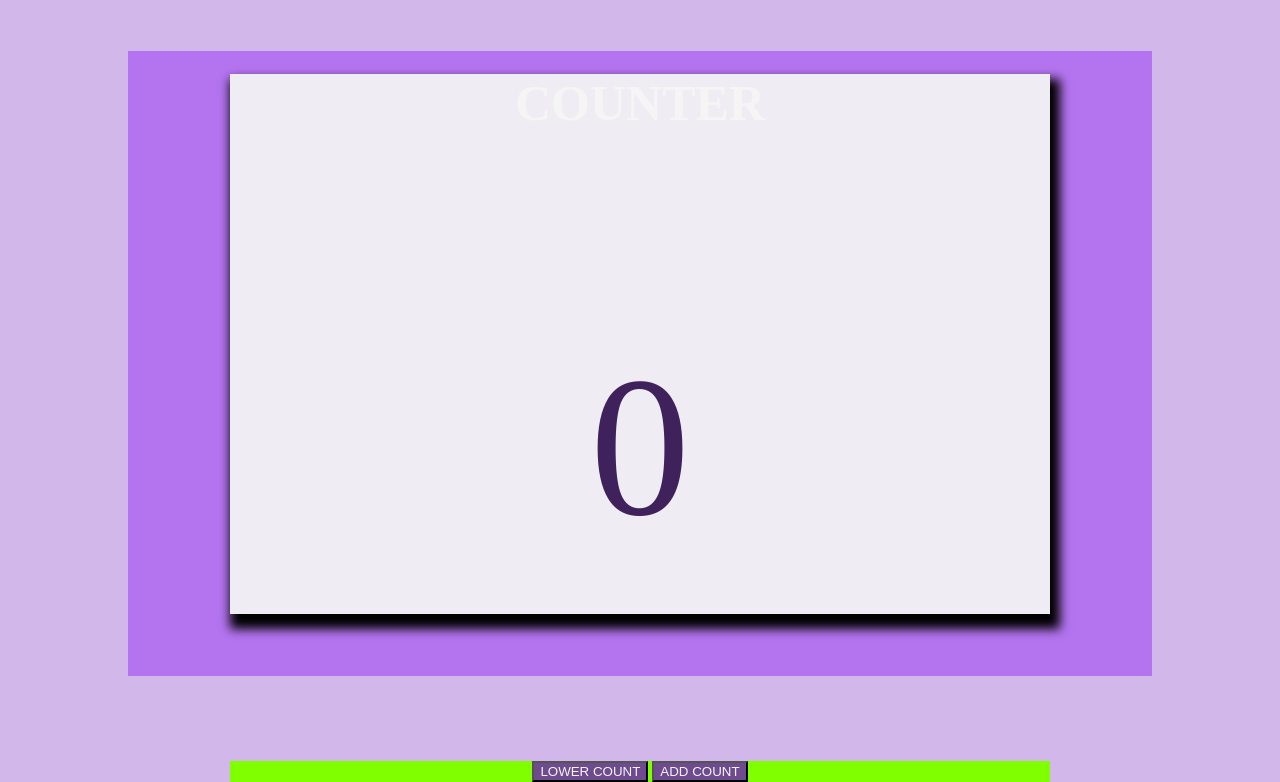
Repository: AnahitKhechumyan/Counter
Page: index.html
The author's editor kept a copy of each file at every save. The page is drawn from the files as they stood at one save, then again after the next save.
The browser window is 1280 px wide. The pictures show the whole page.

Above is the page before, as saved 2022-02-14 20:37:05.
Console error: TypeError: Cannot set properties of null (setting 'innerHTML')

After the next save:
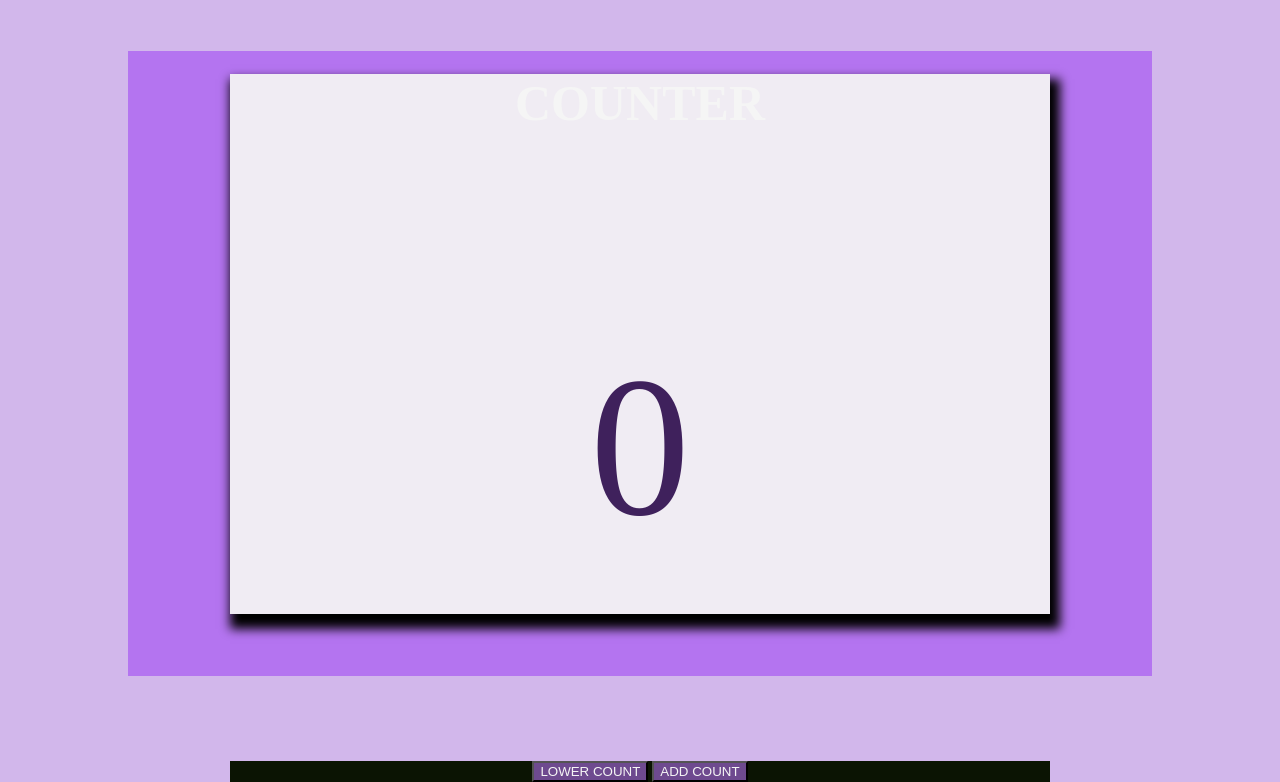
Saved 42 s later.
--- a/style.css
+++ b/style.css
@@ -31,7 +31,7 @@ body{
 
 }
  .change{
-     background-color: chartreuse;
+     background-color: rgb(11, 20, 3);
  }
 .decrement{
 
